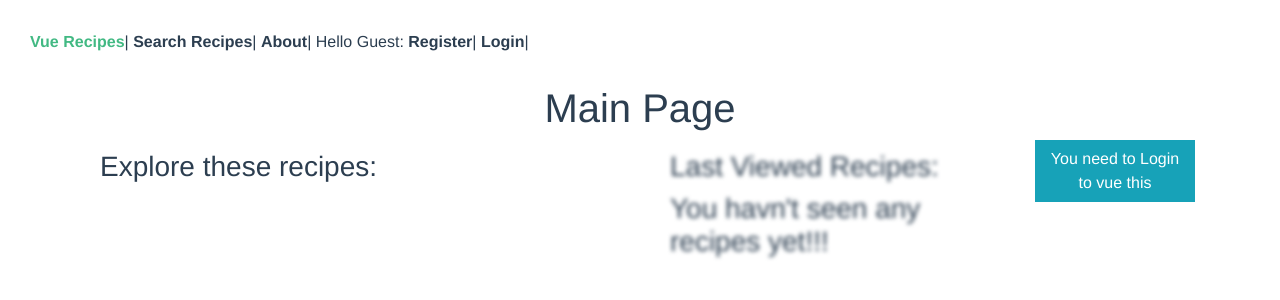
Repository: chenshor/cooking-site
Page: /#/
These files come from the project's save history. The page is drawn as it stood at one moment and after a run of saves; the edit follows.
The browser window is 1280 px wide. The pictures show the whole page.
The page's requests for data from a server got no answer. The project was rebuilt for these pictures with package versions that can differ from the ones it lists, and the page was loaded fresh each time. No one was signed in, and anything a server would have sent is missing. Also part of the build but not shown: vue.config.js, src/components/RecipePreview.vue, src/pages/NotFoundPage.vue, src/components/IngredientSpoon.vue, src/components/Favorite.vue, src/pages/RecipePage.vue, src/assets/countries.js, src/pages/RegisterPage.vue and 7 more.

Above is the page before, as saved 2020-06-21 23:52:33.

After the next 5 saves:
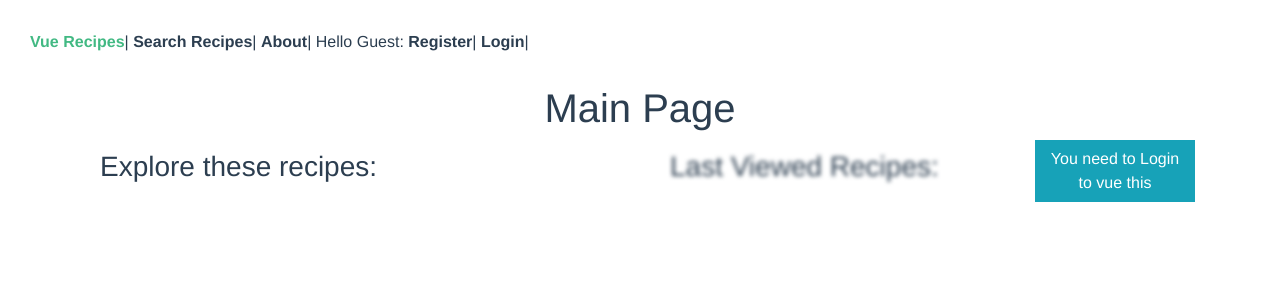
The 5 saves are shown as one change because 4 did not build or start.
The last was saved 4 min 44 s later.
--- a/src/components/LastSeen.vue
+++ b/src/components/LastSeen.vue
@@ -50,18 +50,23 @@ export default {
           const response = await this.axios.get(
             "https://ass3-2.herokuapp.com/users/lastSeen"
           );
+
+          console.log(localStorage.username);
+          const recipes = response.data.lastSeen;
+          this.lastSeen = true;
+
+          this.recipes = [];
+          this.recipes.push(...recipes);
         }
-
-        console.log(localStorage.username);
-        const recipes = response.data.lastSeen;
-        this.lastSeen = true;
-
-        this.recipes = [];
-        this.recipes.push(...recipes);
       } catch (error) {
         // console.log(error);
         this.lastSeen = false;
       }
+    },
+    async getFunc() {
+      return await this.axios.get(
+        "https://ass3-2.herokuapp.com/users/lastSeen"
+      );
     }
   }
 };
